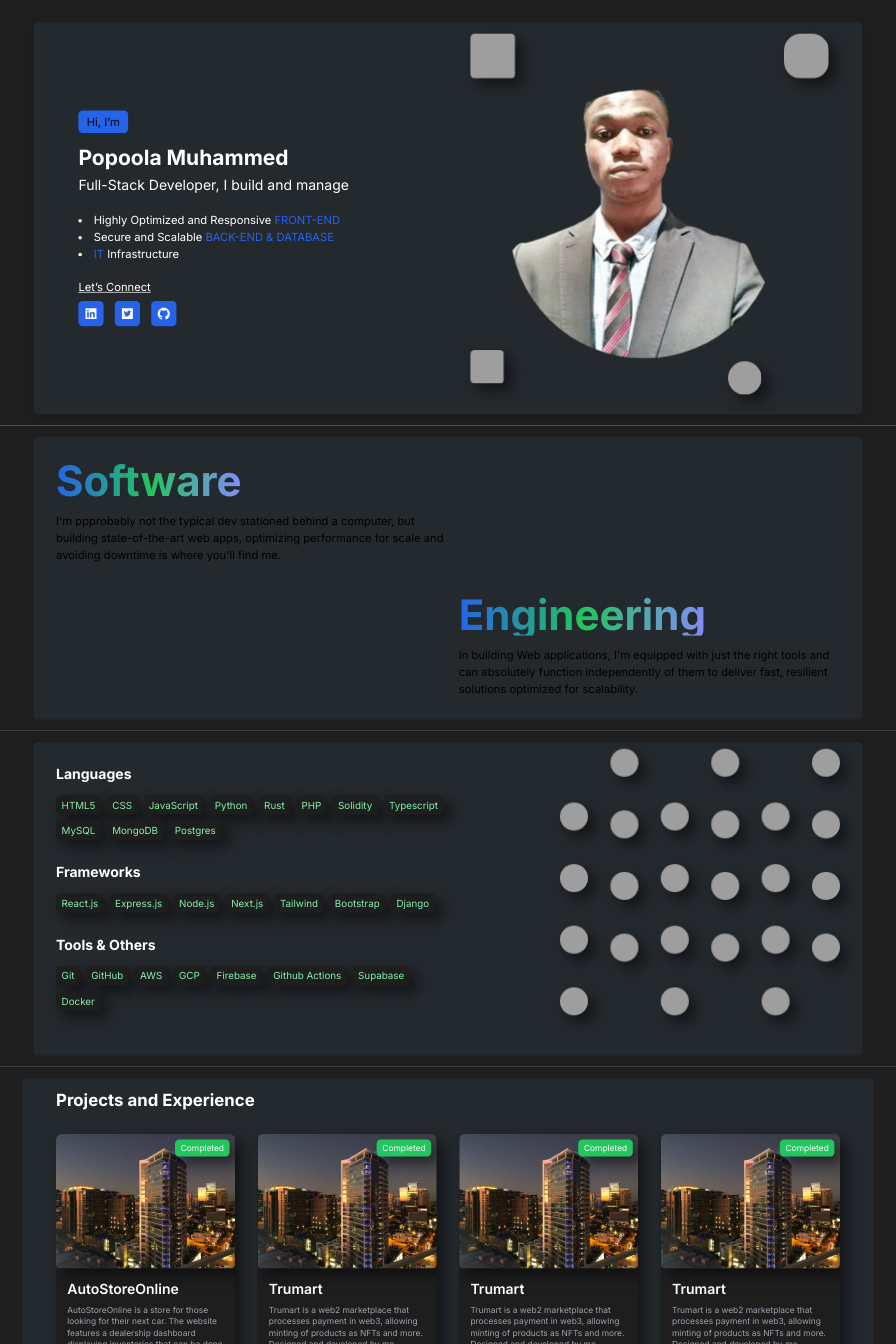
Repository: muhammedctgr/hammedctgr
Page: /
An editor plug-in stored every save of this project. The page is shown before and after the next save, followed by the edit.
The browser window is 1280 px wide. The pictures show the part of the page from y = 0 to 1920 px (the page is 2580 px tall), at 70% of full size.
Pictures or frames that could not be fetched are drawn as grey boxes. The project was rebuilt for these pictures with package versions that can differ from the ones it lists, and the page was loaded fresh each time. The framework's server and built-in components were replaced by stand-ins that run in the browser. Also part of the build but not shown: next.config.mjs.

Above is the page before, as saved 2024-08-12 22:16:32.

### app/layout.tsx
import type { Metadata } from "next";
import { Inter } from "next/font/google";
import "./globals.css";

const inter = Inter({ subsets: ["latin"] });

export const metadata: Metadata = {
  title: "Popoola Muhammed",
  description: "Generated by create next app",
};

export default function RootLayout({
  children,
}: Readonly<{
  children: React.ReactNode;
}>) {
  return (
    <html lang="en">
      <body className={inter.className}>{children}</body>
    </html>
  );
}

### app/page.tsx
import Head from 'next/head';
import Hero from '../components/Hero';
import SkillsSection from '@/components/SkillsSection';
import SummarySection from '@/components/SummarySection';
import ProjectsSection from '@/components/ProjectsSection';
import Skills from '@/components/Skills'


const Home = () => (
  <div>
    <Head>
      <title>Popoola Muhammed</title>
      <meta name="description" content="Welcome to my developer portfolio" />
    </Head>

    <Hero />
    <SummarySection />
    <SkillsSection />
    <ProjectsSection />

  </div>
);

export default Home;

### app/globals.css
@tailwind base;
@tailwind components;
@tailwind utilities;

:root {
  --foreground-rgb: 0, 0, 0;
  --background-start-rgb: 214, 219, 220;
  --background-end-rgb: 255, 255, 255;
}

@media (prefers-color-scheme: dark) {
  :root {
    --foreground-rgb: 255, 255, 255;
    --background-start-rgb: 0, 0, 0;
    --background-end-rgb: 0, 0, 0;
  }
}

body {
  color: rgb(var(--foreground-rgb));
  background: linear-gradient(
      to bottom,
      transparent,
      rgb(var(--background-end-rgb))
    )
    rgb(var(--background-start-rgb));
}

@layer utilities {
  .text-balance {
    text-wrap: balance;
  }
}


@keyframes upDown {
  0%, 100% {
    transform: translateY(0);
  }
  50% {
    transform: translateY(-10px); /* Adjust the value as needed */
  }
}

.animate-upDown {
  animation: upDown 2s infinite ease-in-out; /* Adjust duration as needed */
}

@keyframes scroll-slow {
  0% {
    transform: translateY(-100%);
  }
  100% {
    transform: translateY(100%);
  }
}

@keyframes scroll-medium {
  0% {
    transform: translateY(-100%);
  }
  100% {
    transform: translateY(100%);
  }
}

@keyframes scroll-fast {
  0% {
    transform: translateY(-100%);
  }
  100% {
    transform: translateY(100%);
  }
}

@keyframes scroll-upfast {
  0% {
    transform: translateY(100%);
  }
  100% {
    transform: translateY(-100%);
  }
}

.animate-scroll-upfast {
  animation: scroll-upfast 2s linear infinite;
}

.animate-scroll-slow {
  animation: scroll-slow 9s linear infinite;
}

.animate-scroll-medium {
  animation: scroll-medium 6s linear infinite;
}

.animate-scroll-fast {
  animation: scroll-fast 2s linear infinite;
}

.animate-scroll-delay {
  animation-delay: 2s;
}

.animate-scroll-delay-long {
  animation-delay: 4s;
}

.animate-scroll {
  animation: scroll 10s linear infinite;
}

.neumorph {
  border-radius: 5px;
  background: linear-gradient(145deg, #161414, #1a1818);
  box-shadow:  5px 5px 10px #111010,
               -5px -5px 10px #1f1c1c;
}

### components/Hero.tsx
import Image from 'next/image';
import profilePic from '../public/profile.png';
import { AiFillLinkedin, AiFillGithub, AiFillTwitterSquare, AiFillX } from 'react-icons/ai';

const Hero = () => {
  return (
    <section className="bg-gptGray px-4 py-4 md:pt-8 md:px-8 lg:px-12 text-white flex items-center">
  <div className="container bg-githubGray shadow-lg rounded-md mx-auto flex flex-col md:flex-row items-center md:px-8 relative overflow-hidden">
    <div className="flex-1 text-left p-4 md:p-8">
      <div className="inline-block bg-blue-600 text-black py-1 px-3 mb-4 rounded-md">
        Hi, I’m
      </div>
      <div className="mb-6">
        <h1 className="text-xl md:text-3xl font-bold">Popoola Muhammed</h1>
        <p className="mt-2 text-lg md:text-xl">Full-Stack Developer, I build and manage</p>
      </div>
      <ul className="mt-4 list-disc list-inside text-xs md:text-base">
        <li>Highly Optimized and Responsive <span className="text-blue-600">FRONT-END</span></li>
        <li>Secure and Scalable <span className="text-blue-600">BACK-END & DATABASE</span></li>
        <li><span className="text-blue-600">IT</span> Infrastructure</li>
      </ul>
      <div className="mt-6">
        <a href="#contact" className="underline">Let’s Connect</a>
        <div className="mt-2 flex justify-start space-x-4">
          <a href="#" className="bg-blue-600 p-2 rounded-md">
            <AiFillLinkedin size={20} />
          </a>
          <a href="#" className="bg-blue-600 p-2 rounded-md">
            <AiFillTwitterSquare size={20} />
          </a>
          <a href="#" className="bg-blue-600 p-2 rounded-md">
            <AiFillGithub size={20} />
          </a>
        </div>
      </div>
    </div>
    <div className="relative flex-1 p-4 md:p-8">
      <img src="https://cdn.jsdelivr.net/gh/devicons/devicon@latest/icons/python/python-original.svg" className="right-4 w-8 h-8 md:w-16 md:h-16 lg:w-16 lg:h-16 bg-gptGray rounded-md animate-bounce shadow-deep-all" />
      <div className="relative w-40 h-40 md:w-72 md:h-72 lg:w-96 lg:h-96 mx-auto">
        <Image src={profilePic} alt="Popoola Muhammed" layout="fill" className="rounded-full object-cover animate-upDown" />
      </div>
      <img src="https://cdn.jsdelivr.net/gh/devicons/devicon@latest/icons/rust/rust-original.svg"  className="w-8 h-8 md:w-16 md:h-16 lg:w-16 lg:h-16 bg-gptGray rounded-3xl shadow-deep-all animate-bounce absolute top-8 right-4" />
      <img src="https://cdn.jsdelivr.net/gh/devicons/devicon@latest/icons/javascript/javascript-original.svg" className="w-8 h-8 md:w-12 md:h-12 lg:w-12 lg:h-12 bg-gptGray rounded-md animate-bounce shadow-deep-all" />
    </div>
    <img src="https://cdn.jsdelivr.net/gh/devicons/devicon@latest/icons/nextjs/nextjs-original.svg" className="w-8 h-8 md:w-12 md:h-12 lg:w-12 lg:h-12 bg-gptGray rounded-3xl shadow-deep-all animate-bounce absolute bottom-4 right-36" />
  </div>
</section>
  );
};

export default Hero;

### components/SkillsSection.tsx
import Image from 'next/image';
import { FC } from 'react';

interface SkillCategory {
  title: string;
  skills: { name: string; }[];
}

const skills: SkillCategory[] = [
  {
    title: "Languages",
    skills: [
      { name: "HTML5",  },
      { name: "CSS", },
      { name: "JavaScript",  },
      { name: "Python", },
      { name: "Rust",  },
      { name: "PHP", },
      { name: "Solidity",  },
      { name: "Typescript",  },
      { name: "MySQL",  },
      { name: "MongoDB", },
      { name: "Postgres", },
    ],
  },
  {
    title: "Frameworks",
    skills: [
      { name: "React.js", },
      { name: "Express.js",  },
      { name: "Node.js", },
      { name: "Next.js", },
      { name: "Tailwind", },
      { name: "Bootstrap", },
      { name: "Django", }
    ],
  },
  {
    title: "Tools & Others",
    skills: [
      { name: "Git",  },
      { name: "GitHub",  },
      { name: "AWS", },
      { name: "GCP", },
      { name: "Firebase", },
      { name: "Github Actions", },
      { name: "Supabase",  },
      { name: "Docker",  },
    ],
  },
];

const icons = [
  "/icons/html5.svg", // Replace with your icon paths
  "/icons/css3.svg",
  "/icons/javascript.svg",
  "/icons/python.svg",
  // Add the rest of the icons as needed
];

const SkillsSection: FC = () => {
  return (
  <section className="px-4 py-4 md:px-8 lg:px-12 bg-gptGray text-white">
  <div className="container bg-githubGray rounded-md mx-auto flex flex-col md:flex-row items-start md:px-">
    <div className="flex-1 p-4 md:p-8">
      {skills.map((category) => (
        <div key={category.title} className="mb-8">
          <h2 className="text-lg md:text-xl font-bold mb-4">{category.title}</h2>
          <div className="flex flex-wrap gap-2">
            {category.skills.map((skill) => (
              <span
                key={skill.name}
                className={`px-2 py-1 rounded-md text-sm shadow-deep-all bg-gptGray text-green-300`}
              >
                {skill.name}
              </span>
            ))}
          </div>
        </div>
      ))}
    </div>
    <div className="flex-1 flex flex-col items-center md:items-end overflow-hidden md:pb-8">
      <div className="grid grid-cols-6 md:grid-cols-6 gap-8 p-4 md:p-8">
      <img src="https://cdn.jsdelivr.net/gh/devicons/devicon@latest/icons/html5/html5-original.svg" className="w-10 h-10 md:w-10 md:h-10 lg:w-10 lg:h-10 bg-gptGray rounded-3xl shadow-deep-all mt-4 animate-scroll-fast" />
      <img src="https://cdn.jsdelivr.net/gh/devicons/devicon@latest/icons/css3/css3-original.svg" className="w-10 h-10 md:w-10 md:h-10 lg:w-10 lg:h-10 bg-gptGray rounded-3xl shadow-deep-all mt-4 animate-scroll-upfast" />
      <img src="https://cdn.jsdelivr.net/gh/devicons/devicon@latest/icons/javascript/javascript-original.svg" className="w-10 h-10 md:w-10 md:h-10 lg:w-10 lg:h-10 bg-gptGray rounded-3xl shadow-deep-all mt-4 animate-scroll-fast" />
      <img src="https://cdn.jsdelivr.net/gh/devicons/devicon@latest/icons/python/python-original.svg" className="w-10 h-10 md:w-10 md:h-10 lg:w-10 lg:h-10 bg-gptGray rounded-3xl shadow-deep-all mt-4 animate-scroll-upfast" />
      <img src="https://cdn.jsdelivr.net/gh/devicons/devicon@latest/icons/rust/rust-original.svg"  className="w-10 h-10 md:w-10 md:h-10 lg:w-10 lg:h-10 bg-gptGray rounded-3xl shadow-deep-all mt-4 animate-scroll-fast" />
      <img src="https://cdn.jsdelivr.net/gh/devicons/devicon@latest/icons/php/php-original.svg" className="w-10 h-10 md:w-10 md:h-10 lg:w-10 lg:h-10 bg-gptGray rounded-3xl shadow-deep-all mt-4 animate-scroll-upfast"  />
      <img src="https://cdn.jsdelivr.net/gh/devicons/devicon@latest/icons/solidity/solidity-original.svg" className="w-10 h-10 md:w-10 md:h-10 lg:w-10 lg:h-10 bg-gptGray rounded-3xl shadow-deep-all mt-4 animate-scroll-fast" />
      <img src="https://cdn.jsdelivr.net/gh/devicons/devicon@latest/icons/typescript/typescript-original.svg" className="w-10 h-10 md:w-10 md:h-10 lg:w-10 lg:h-10 bg-gptGray rounded-3xl shadow-deep-all mt-4 animate-scroll-upfast" />
      <img src="https://cdn.jsdelivr.net/gh/devicons/devicon@latest/icons/mysql/mysql-original.svg" className="w-10 h-10 md:w-10 md:h-10 lg:w-10 lg:h-10 bg-gptGray rounded-3xl shadow-deep-all mt-4 animate-scroll-fast" />
      <img src="https://cdn.jsdelivr.net/gh/devicons/devicon@latest/icons/mongodb/mongodb-original.svg" className="w-10 h-10 md:w-10 md:h-10 lg:w-10 lg:h-10 bg-gptGray rounded-3xl shadow-deep-all mt-4 animate-scroll-upfast" />
      <img src="https://cdn.jsdelivr.net/gh/devicons/devicon@latest/icons/react/react-original.svg" className="w-10 h-10 md:w-10 md:h-10 lg:w-10 lg:h-10 bg-gptGray rounded-3xl shadow-deep-all mt-4 animate-scroll-fast" />
      <img src="https://cdn.jsdelivr.net/gh/devicons/devicon@latest/icons/nextjs/nextjs-original.svg" className="w-10 h-10 md:w-10 md:h-10 lg:w-10 lg:h-10 bg-gptGray rounded-3xl shadow-deep-all mt-4 animate-scroll-upfast" />
      <img src="https://cdn.jsdelivr.net/gh/devicons/devicon@latest/icons/tailwindcss/tailwindcss-original.svg" className="w-10 h-10 md:w-10 md:h-10 lg:w-10 lg:h-10 bg-gptGray rounded-3xl shadow-deep-all mt-4 animate-scroll-fast" />
      <img src="https://cdn.jsdelivr.net/gh/devicons/devicon@latest/icons/git/git-original.svg" className="w-10 h-10 md:w-10 md:h-10 lg:w-10 lg:h-10 bg-gptGray rounded-3xl shadow-deep-all mt-4 animate-scroll-upfast" />
      <img src="https://cdn.jsdelivr.net/gh/devicons/devicon@latest/icons/github/github-original.svg" className="w-10 h-10 md:w-10 md:h-10 lg:w-10 lg:h-10 bg-gptGray rounded-3xl shadow-deep-all mt-4 animate-scroll-fast" />
      <img src="https://cdn.jsdelivr.net/gh/devicons/devicon@latest/icons/amazonwebservices/amazonwebservices-original-wordmark.svg" className="w-10 h-10 md:w-10 md:h-10 lg:w-10 lg:h-10 bg-gptGray rounded-3xl shadow-deep-all mt-4 animate-scroll-upfast" />
      <img src="https://cdn.jsdelivr.net/gh/devicons/devicon@latest/icons/googlecloud/googlecloud-original.svg" className="w-10 h-10 md:w-10 md:h-10 lg:w-10 lg:h-10 bg-gptGray rounded-3xl shadow-deep-all mt-4 animate-scroll-fast" />
      <img src="https://cdn.jsdelivr.net/gh/devicons/devicon@latest/icons/postgresql/postgresql-original.svg" className="w-10 h-10 md:w-10 md:h-10 lg:w-10 lg:h-10 bg-gptGray rounded-3xl shadow-deep-all mt-4 animate-scroll-upfast" />
      <img src="https://cdn.jsdelivr.net/gh/devicons/devicon@latest/icons/supabase/supabase-original.svg" className="w-10 h-10 md:w-10 md:h-10 lg:w-10 lg:h-10 bg-gptGray rounded-3xl shadow-deep-all mt-4 animate-scroll-fast" />
      <img src="https://cdn.jsdelivr.net/gh/devicons/devicon@latest/icons/docker/docker-original.svg" className="w-10 h-10 md:w-10 md:h-10 lg:w-10 lg:h-10 bg-gptGray rounded-3xl shadow-deep-all mt-4 animate-scroll-upfast" />
      <img src="https://cdn.jsdelivr.net/gh/devicons/devicon@latest/icons/django/django-plain.svg" className="w-10 h-10 md:w-10 md:h-10 lg:w-10 lg:h-10 bg-gptGray rounded-3xl shadow-deep-all mt-4 animate-scroll-fast" />
      <img src="https://cdn.jsdelivr.net/gh/devicons/devicon@latest/icons/bootstrap/bootstrap-original.svg" className="w-10 h-10 md:w-10 md:h-10 lg:w-10 lg:h-10 bg-gptGray rounded-3xl shadow-deep-all mt-4 animate-scroll-upfast" />
      <img src="https://cdn.jsdelivr.net/gh/devicons/devicon@latest/icons/nodejs/nodejs-original.svg" className="w-10 h-10 md:w-10 md:h-10 lg:w-10 lg:h-10 bg-gptGray rounded-3xl shadow-deep-all mt-4 animate-scroll-fast" />
      <img src="https://cdn.jsdelivr.net/gh/devicons/devicon@latest/icons/githubactions/githubactions-original.svg" className="w-10 h-10 md:w-10 md:h-10 lg:w-10 lg:h-10 bg-gptGray rounded-3xl shadow-deep-all mt-4 animate-scroll-upfast" />
      </div>
    </div>
  </div>
</section>
  );
};

export default SkillsSection;

### components/SummarySection.tsx
import { FC } from 'react';

const SummarySection: FC = () => {
  return (
<section className="px-4 py-4 md:px-8 lg:px-12 bg-gptGray relative overflow-hidden">
  <div className="container bg-githubGray mx-auto flex rounded-md flex-col md:flex-row justify-between items-start md:px-8 p-4 md:p-8">
    <div className=" mb-8 md:mb-8">
      <div className="mb-4">
        <span className="text-4xl md:text-6xl font-bold bg-gradient-to-r from-blue-600 via-green-500 to-indigo-400 inline-block text-transparent bg-clip-text">Software</span>
      </div>
      <p className="text-sm md:text-base">
        I'm ppprobably not the typical dev stationed behind a computer, but building state-of-the-art web apps, optimizing performance for scale and avoiding downtime is where you'll find me.
      </p>
    </div>
    <div className=" md:mt-48">
      <div className="mb-4">
        <span className="text-4xl md:text-6xl font-bold bg-gradient-to-r from-blue-600 via-green-500 to-indigo-400 inline-block text-transparent bg-clip-text">Engineering</span>
      </div>
      <p className="text-sm md:text-base">
        In building Web applications, I'm equipped with just the right tools and can absolutely function independently of them to deliver fast, resilient solutions optimized for scalability.
      </p>
    </div>
  </div>
</section>
  );
};

export default SummarySection;

### components/ProjectsSection.tsx
import { FC } from 'react';

interface Project {
  title: string;
  description: string;
  technologies: string[];
  date: string;
  status: string;
  image: string;
  link: string;
}

const projects: Project[] = [
  {
    title: "AutoStoreOnline",
    description: "AutoStoreOnline is a store for those looking for their next car. The website features a dealership dashboard displaying inventories that can be done in minutes. Designed and developed by me.",
    technologies: ["React.js", "Express.js", "Node.js", "MySQL"],
    date: "2024",
    status: "Completed",
    image: "pic1.jpg",
    link: "https://example.com",
  },
  {
    title: "Trumart",
    description: "Trumart is a web2 marketplace that processes payment in web3, allowing minting of products as NFTs and more. Designed and developed by me.",
    technologies: ["React.js", "Express.js", "Node.js", "MySQL"],
    date: "2023",
    status: "Completed",
    image: "pic1.jpg",
    link: "https://example.com",
  },
  {
    title: "Trumart",
    description: "Trumart is a web2 marketplace that processes payment in web3, allowing minting of products as NFTs and more. Designed and developed by me.",
    technologies: ["React.js", "Express.js", "Node.js", "MySQL"],
    date: "2023",
    status: "Completed",
    image: "pic1.jpg",
    link: "https://example.com",
  },
  {
    title: "Trumart",
    description: "Trumart is a web2 marketplace that processes payment in web3, allowing minting of products as NFTs and more. Designed and developed by me.",
    technologies: ["React.js", "Express.js", "Node.js", "MySQL"],
    date: "2023",
    status: "Completed",
    image: "pic1.jpg",
    link: "https://example.com",
  },
  {
    title: "Trumart",
    description: "Trumart is a web2 marketplace that processes payment in web3, allowing minting of products as NFTs and more. Designed and developed by me.",
    technologies: ["React.js", "Express.js", "Node.js", "MySQL"],
    date: "2023",
    status: "Completed",
    image: "pic1.jpg",
    link: "https://example.com",
  },
  // Add more projects as needed...
];

const ProjectsSection: FC = () => {
  return (
    <section className="bg-gptGray md:px-8 px-4 py-4">
      <div className="container bg-githubGray rounded-md mx-auto md:px-8 ">
        <h2 className="text-2xl font-bold text-white p-4">Projects and Experience</h2>
        <div className="grid grid-cols-1 sm:grid-cols-3 lg:grid-cols-4 gap-8 p-4">
          {projects.map((project, index) => (
            <div key={index} className="bg-gptGray rounded-lg overflow-hidden shadow-deep-all">
              <div className="relative w-full h-48">
                <img src={project.image} alt={project.title} className="w-full h-full object-cover shadow-deep-all rounded-md" />
                <span className="shadow-deep-all absolute top-2 right-2 bg-green-500 text-xs text-white px-2 py-1 rounded-md">{project.status}</span>
              </div>
              <div className="p-4">
                <h3 className="text-xl font-semibold text-white mb-2">{project.title}</h3>
                <p className="text-gray-400 text-xs mb-4">{project.description}</p>
                <div className="flex flex-wrap gap-2 mb-4">
                  {project.technologies.map((tech, i) => (
                    <span key={i} className="bg-githubGray shadow-deep-all text-green-300 text-xs px-2 py-1 rounded-md">{tech}</span>
                  ))}
                </div>
                <div className="flex justify-between items-center">
                  <span className="text-gray-500 text-sm">{project.date}</span>
                  <a href={project.link} target="_blank" rel="noopener noreferrer" className="text-blue-400 hover:underline text-sm">website link</a>
                </div>
              </div>
            </div>
          ))}
        </div>
      </div>
    </section>
  );
};

export default ProjectsSection;

### tailwind.config.ts
import type { Config } from "tailwindcss";

const config: Config = {
  content: [
    "./pages/**/*.{js,ts,jsx,tsx,mdx}",
    "./components/**/*.{js,ts,jsx,tsx,mdx}",
    "./app/**/*.{js,ts,jsx,tsx,mdx}",
  ],
  theme: {
    extend: {
      backgroundImage: {
        "gradient-radial": "radial-gradient(var(--tw-gradient-stops))",
        "gradient-conic":
          "conic-gradient(from 180deg at 50% 50%, var(--tw-gradient-stops))",
      },
      colors: {
        githubGray: '#24292e',
        gptGray: '#1e1e1e', // Define the exact color
        gradient: 'bg-gradient-to-r from-blue-600 via-green-500 to-indigo-400 inline-block text-transparent bg-clip-text'
      },
      boxShadow: {
        'deep-right': '10px 10px 20px rgba(0, 0, 0, 0.25)',  // Right side shadow
        'deep-left': '-10px 10px 20px rgba(0, 0, 0, 0.25)',  // Left side shadow
        'deep-top': '10px -10px 20px rgba(0, 0, 0, 0.25)',   // Top side shadow
        'deep-bottom': '10px 10px 20px rgba(0, 0, 0, 0.25)', // Bottom side shadow
        'deep-all': '10px 10px 20px rgba(0, 0, 0, 0.5)',     // All sides shadow
      }
    },
  },
  plugins: [],
};
export default config;

After the next save:
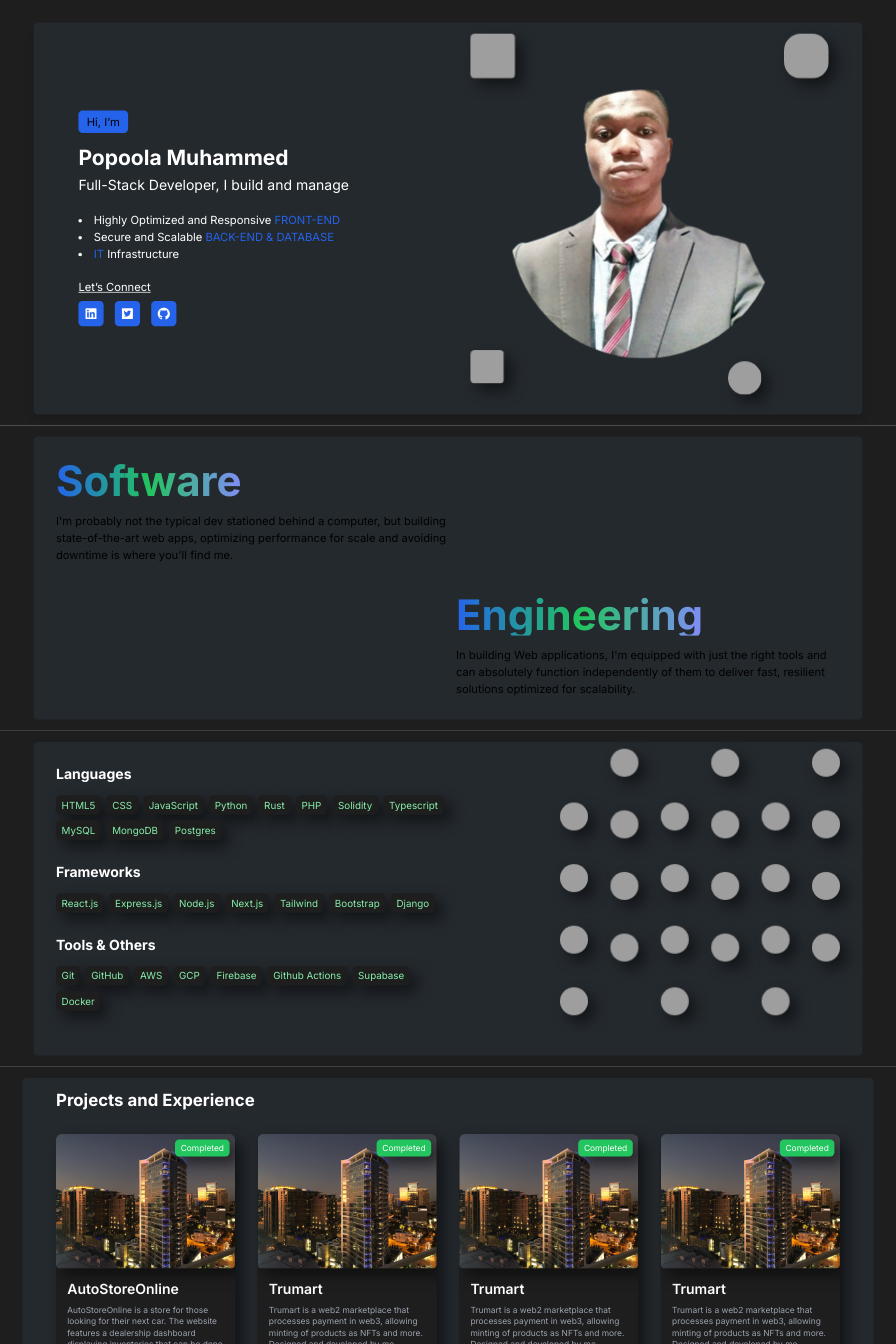
Saved 35 s later.
--- a/components/SummarySection.tsx
+++ b/components/SummarySection.tsx
@@ -9,7 +9,7 @@ const SummarySection: FC = () => {
         <span className="text-4xl md:text-6xl font-bold bg-gradient-to-r from-blue-600 via-green-500 to-indigo-400 inline-block text-transparent bg-clip-text">Software</span>
       </div>
       <p className="text-sm md:text-base">
-        I'm ppprobably not the typical dev stationed behind a computer, but building state-of-the-art web apps, optimizing performance for scale and avoiding downtime is where you'll find me.
+        I'm probably not the typical dev stationed behind a computer, but building state-of-the-art web apps, optimizing performance for scale and avoiding downtime is where you'll find me.
       </p>
     </div>
     <div className=" md:mt-48">
